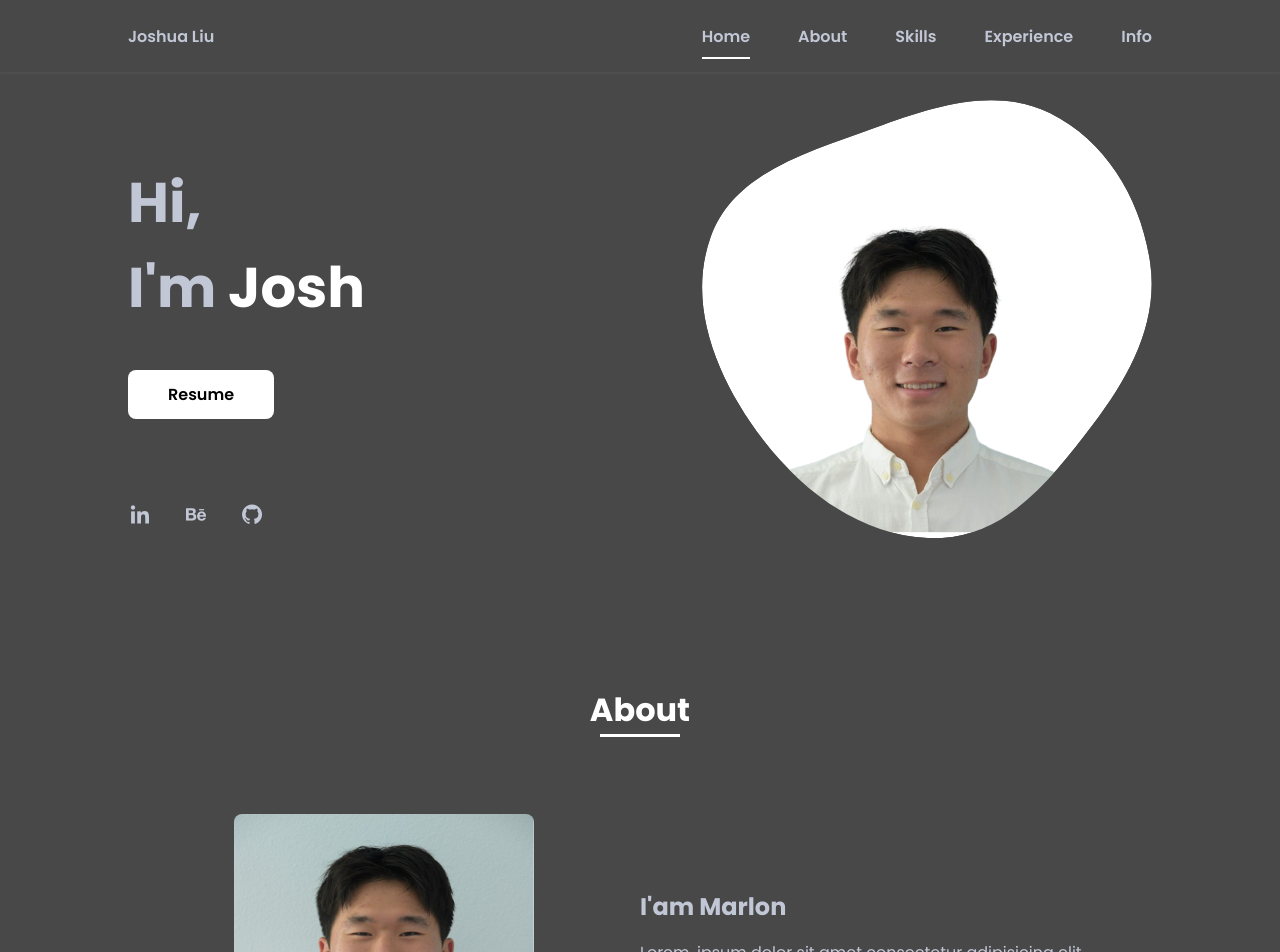
Repository: joshliu14/joshliu14.github.io
Page: index.html
An editor plug-in stored every save of this project. The page is shown before and after the next save, followed by the edit.
The browser window is 1280 px wide. The pictures show the part of the page from y = 0 to 952 px (the page is 3355 px tall).
A picture or video elsewhere on the page could not be fetched, so the positions and the page height are approximate.

Above is the page before, as saved 2024-01-31 23:38:37.

### index.html
<!DOCTYPE html>
<html lang="en">
  <head>
    <meta charset="UTF-8" />
    <meta name="viewport" content="width=device-width, initial-scale=1.0" />

    <link rel="stylesheet" href="assets/css/web.css" />

    <!-- =====BOX ICONS===== -->
    <link
      href="https://cdn.jsdelivr.net/npm/boxicons@2.0.5/css/boxicons.min.css"
      rel="stylesheet"
    />

    <title>Joshua Liu</title>
  </head>
  <body>
    <!--===== HEADER =====-->
    <header class="l-header">
      <nav class="nav bd-grid">
        <div>
          <a href="#" class="nav__logo">Joshua Liu</a>
        </div>

        <div class="nav__menu" id="nav-menu">
          <ul class="nav__list">
            <li class="nav__item">
              <a href="#home" class="nav__link active-link">Home</a>
            </li>
            <li class="nav__item">
              <a href="#about" class="nav__link">About</a>
            </li>
            <li class="nav__item">
              <a href="#skills" class="nav__link">Skills</a>
            </li>
            <li class="nav__item">
              <a href="#work" class="nav__link">Experience</a>
            </li>
            <li class="nav__item">
              <a href="#contact" class="nav__link">Info</a>
            </li>
          </ul>
        </div>

        <div class="nav__toggle" id="nav-toggle">
          <i class="bx bx-menu"></i>
        </div>
      </nav>
    </header>

    <main class="l-main">
      <!--===== HOME =====-->
      <section class="home bd-grid" id="home">
        <div class="home__data">
          <h1 class="home__title">
            Hi,<br />I'm <span class="home__title-color">Josh</span><br />
          </h1>

          <a href="resume.pdf" class="button">Resume</a>
        </div>

        <div class="home__social">
          <a
            href="https://www.linkedin.com/in/joshua-liu-727847208/"
            class="home__social-icon"
            ><i class="bx bxl-linkedin"></i
          ></a>
          <a href="" class="home__social-icon"
            ><i class="bx bxl-behance"></i
          ></a>
          <a href="https://github.com/joshliu14" class="home__social-icon"
            ><i class="bx bxl-github"></i
          ></a>
        </div>

        <div class="home__img">
          <svg
            class="home__blob"
            viewBox="0 0 479 467"
            xmlns="http://www.w3.org/2000/svg"
            xmlns:xlink="http://www.w3.org/1999/xlink"
          >
            <mask id="mask0" mask-type="alpha">
              <path
                d="M9.19024 145.964C34.0253 76.5814 114.865 54.7299 184.111 29.4823C245.804 6.98884 311.86 -14.9503 370.735 14.143C431.207 44.026 467.948 107.508 477.191 174.311C485.897 237.229 454.931 294.377 416.506 344.954C373.74 401.245 326.068 462.801 255.442 466.189C179.416 469.835 111.552 422.137 65.1576 361.805C17.4835 299.81 -17.1617 219.583 9.19024 145.964Z"
              />
            </mask>
            <g mask="url(#mask0)">
              <path
                d="M9.19024 145.964C34.0253 76.5814 114.865 54.7299 184.111 29.4823C245.804 6.98884 311.86 -14.9503 370.735 14.143C431.207 44.026 467.948 107.508 477.191 174.311C485.897 237.229 454.931 294.377 416.506 344.954C373.74 401.245 326.068 462.801 255.442 466.189C179.416 469.835 111.552 422.137 65.1576 361.805C17.4835 299.81 -17.1617 219.583 9.19024 145.964Z"
              />
              <image
                class="home__blob-img"
                x="50"
                y="100"
                href="assets/img/profile.png"
              />
            </g>
          </svg>
        </div>
      </section>

      <!--===== ABOUT =====-->
      <section class="about section" id="about">
        <h2 class="section-title">About</h2>

        <div class="about__container bd-grid">
          <div class="about__img">
            <img src="assets/img/about.png" alt="" />
          </div>

          <div>
            <h2 class="about__subtitle">I'am Marlon</h2>
            <p class="about__text">
              Lorem, ipsum dolor sit amet consectetur adipisicing elit.
              Voluptate cum expedita quo culpa tempora, assumenda, quis fugiat
              ut voluptates soluta, aut earum nemo recusandae cumque
              perferendis! Recusandae alias accusamus atque.
            </p>
          </div>
        </div>
      </section>

      <!--===== SKILLS =====-->
      <section class="skills section" id="skills">
        <h2 class="section-title">Skills</h2>

        <div class="skills__container bd-grid">
          <div>
            <h2 class="skills__subtitle">Profesional Skills</h2>
            <p class="skills__text">
              Lorem ipsum dolor sit, amet consectetur adipisicing elit. Velit
              optio id vero amet, alias architecto consectetur error eum eaque
              sit.
            </p>
            <div class="skills__data">
              <div class="skills__names">
                <i class="bx bxl-html5 skills__icon"></i>
                <span class="skills__name">HTML5</span>
              </div>
              <div class="skills__bar skills__html"></div>
              <div>
                <span class="skills__percentage">95%</span>
              </div>
            </div>
            <div class="skills__data">
              <div class="skills__names">
                <i class="bx bxl-css3 skills__icon"></i>
                <span class="skills__name">CSS3</span>
              </div>
              <div class="skills__bar skills__css"></div>
              <div>
                <span class="skills__percentage">85%</span>
              </div>
            </div>
            <div class="skills__data">
              <div class="skills__names">
                <i class="bx bxl-javascript skills__icon"></i>
                <span class="skills__name">JAVASCRIPT</span>
              </div>
              <div class="skills__bar skills__js"></div>
              <div>
                <span class="skills__percentage">65%</span>
              </div>
            </div>
            <div class="skills__data">
              <div class="skills__names">
                <i class="bx bxs-paint skills__icon"></i>
                <span class="skills__name">UX/UI</span>
              </div>
              <div class="skills__bar skills__ux"></div>
              <div>
                <span class="skills__percentage">85%</span>
              </div>
            </div>
          </div>

          <div>
            <img src="assets/img/work3.jpg" alt="" class="skills__img" />
          </div>
        </div>
      </section>

      <!--===== WORK =====-->
      <section class="work section" id="work">
        <h2 class="section-title">Work</h2>

        <div class="work__container bd-grid">
          <a href="" class="work__img">
            <img src="assets/img/work1.jpg" alt="" />
          </a>
          <a href="" class="work__img">
            <img src="assets/img/work2.jpg" alt="" />
          </a>
          <a href="" class="work__img">
            <img src="assets/img/work3.jpg" alt="" />
          </a>
          <a href="" class="work__img">
            <img src="assets/img/work4.jpg" alt="" />
          </a>
          <a href="" class="work__img">
            <img src="assets/img/work5.jpg" alt="" />
          </a>
          <a href="" class="work__img">
            <img src="assets/img/work6.jpg" alt="" />
          </a>
        </div>
      </section>

      <!--===== CONTACT =====-->
      <section class="contact section" id="contact">
        <h2 class="section-title">Info</h2>
        <p class="contact__input">joshuagyliu@gmail.com</p>
        <p class="contact__input">949-551-8585</p>
        <p class="contact__input">Boston, MA</p>
      </section>
    </main>

    <!--===== FOOTER =====-->
    <footer class="footer">
      <p class="footer__title">Josh Liu</p>
      <div class="footer__social">
        <a href="#" class="footer__icon"><i class="bx bxl-facebook"></i></a>
        <a href="#" class="footer__icon"><i class="bx bxl-instagram"></i></a>
        <a href="#" class="footer__icon"><i class="bx bxl-twitter"></i></a>
      </div>
      <p class="footer__copy">&#169; Joshua Liu</p>
    </footer>

    <!--===== SCROLL REVEAL =====-->
    <script src="https://unpkg.com/scrollreveal"></script>

    <!--===== MAIN JS =====-->
    <script src="assets/js/main.js"></script>
  </body>
</html>

### assets/css/web.css
/*===== GOOGLE FONTS =====*/
@import url("https://fonts.googleapis.com/css2?family=Poppins:wght@400;600;700&display=swap");
/*===== VARIABLES CSS =====*/
:root {
  --header-height: 3rem;
  --font-semi: 600;
  /*===== Colores =====*/
  /*Purple 260 - Red 355 - Blue 224 - Pink 340*/
  /* HSL color mode */
  --hue-color: 224;
  --first-color: hsl(var(--hue-color), 0%, 100%);
  --second-color: hsl(var(--hue-color), 20%, 80%);
  /*===== Fuente y tipografia =====*/
  --body-font: "Poppins", sans-serif;
  --big-font-size: 2rem;
  --h2-font-size: 1.25rem;
  --normal-font-size: 0.938rem;
  --smaller-font-size: 0.75rem;
  /*===== Margenes =====*/
  --mb-2: 1rem;
  --mb-4: 2rem;
  --mb-5: 2.5rem;
  --mb-6: 3rem;
  /*===== z index =====*/
  --z-back: -10;
  --z-fixed: 100;
}
@media screen and (min-width: 968px) {
  :root {
    --big-font-size: 3.5rem;
    --h2-font-size: 2rem;
    --normal-font-size: 1rem;
    --smaller-font-size: 0.875rem;
  }
}

/*===== BASE =====*/
*,
::before,
::after {
  box-sizing: border-box;
}

html {
  scroll-behavior: smooth;
}

body {
  margin: var(--header-height) 0 0 0;
  font-family: var(--body-font);
  font-size: var(--normal-font-size);
  color: var(--second-color);
  background-color: #484848;
}

h1,
h2,
p {
  margin: 0;
}

ul {
  margin: 0;
  padding: 0;
  list-style: none;
}

a {
  text-decoration: none;
}

img {
  max-width: 100%;
  height: auto;
  display: block;
}

/*===== CLASS CSS ===== */
.section-title {
  position: relative;
  font-size: var(--h2-font-size);
  color: var(--first-color);
  margin-top: var(--mb-2);
  margin-bottom: var(--mb-4);
  text-align: center;
}
.section-title::after {
  position: absolute;
  content: "";
  width: 64px;
  height: 0.18rem;
  left: 0;
  right: 0;
  margin: auto;
  top: 2rem;
  background-color: var(--first-color);
}

.section {
  padding-top: 3rem;
  padding-bottom: 2rem;
}

/*===== LAYOUT =====*/
.bd-grid {
  max-width: 1024px;
  display: grid;
  margin-left: var(--mb-2);
  margin-right: var(--mb-2);
}

.l-header {
  width: 100%;
  position: fixed;
  top: 0;
  left: 0;
  z-index: var(--z-fixed);
  background-color: #484848;
  box-shadow: 0 1px 4px rgba(146, 161, 176, 0.15);
}

/*===== NAV =====*/
.nav {
  height: var(--header-height);
  display: flex;
  justify-content: space-between;
  align-items: center;
  font-weight: var(--font-semi);
}
@media screen and (max-width: 767px) {
  .nav__menu {
    position: fixed;
    top: var(--header-height);
    right: -100%;
    width: 80%;
    height: 100%;
    padding: 2rem;
    background-color: var(--second-color);
    transition: 0.5s;
  }
}
.nav__item {
  margin-bottom: var(--mb-4);
}
.nav__link {
  position: relative;
  color: #fff;
}
.nav__link:hover {
  position: relative;
}
.nav__link:hover::after {
  position: absolute;
  content: "";
  width: 100%;
  height: 0.18rem;
  left: 0;
  top: 2rem;
  background-color: var(--first-color);
}
.nav__logo {
  color: var(--second-color);
}
.nav__toggle {
  color: var(--second-color);
  font-size: 1.5rem;
  cursor: pointer;
}

/*Active menu*/
.active-link::after {
  position: absolute;
  content: "";
  width: 100%;
  height: 0.18rem;
  left: 0;
  top: 2rem;
  background-color: var(--first-color);
}

/*=== Show menu ===*/
.show {
  right: 0;
}

/*===== HOME =====*/
.home {
  position: relative;
  row-gap: 5rem;
  padding: 4rem 0 5rem;
}
.home__data {
  align-self: center;
}
.home__title {
  font-size: var(--big-font-size);
  margin-bottom: var(--mb-5);
}
.home__title-color {
  color: var(--first-color);
}
.home__social {
  display: flex;
  flex-direction: column;
}
.home__social-icon {
  width: max-content;
  margin-bottom: var(--mb-2);
  font-size: 1.5rem;
  color: var(--second-color);
}
.home__social-icon:hover {
  color: var(--first-color);
}
.home__img {
  position: absolute;
  right: 0;
  bottom: 0;
  width: 260px;
}
.home__blob {
  fill: var(--first-color);
}
.home__blob-img {
  width: 360px;
  border-radius: 50%;
}

/*BUTTONS*/
.button {
  display: inline-block;
  background-color: var(--first-color);
  color: #000000;
  padding: 0.75rem 2.5rem;
  font-weight: var(--font-semi);
  border-radius: 0.5rem;
  transition: 0.3s;
}
.button:hover {
  box-shadow: 0px 10px 36px rgba(0, 0, 0, 0.15);
}

/* ===== ABOUT =====*/
.about__container {
  row-gap: 2rem;
  text-align: center;
}
.about__subtitle {
  margin-bottom: var(--mb-2);
}
.about__img {
  justify-self: center;
}
.about__img img {
  width: 200px;
  border-radius: 0.5rem;
}

/* ===== SKILLS =====*/
.skills__container {
  row-gap: 2rem;
  text-align: center;
}
.skills__subtitle {
  margin-bottom: var(--mb-2);
}
.skills__text {
  margin-bottom: var(--mb-4);
}
.skills__data {
  display: flex;
  justify-content: space-between;
  align-items: center;
  position: relative;
  font-weight: var(--font-semi);
  padding: 0.5rem 1rem;
  margin-bottom: var(--mb-4);
  border-radius: 0.5rem;
  box-shadow: 0px 4px 25px rgba(14, 36, 49, 0.15);
}
.skills__icon {
  font-size: 2rem;
  margin-right: var(--mb-2);
  color: var(--first-color);
}
.skills__names {
  display: flex;
  align-items: center;
}
.skills__bar {
  position: absolute;
  left: 0;
  bottom: 0;
  background-color: var(--first-color);
  height: 0.25rem;
  border-radius: 0.5rem;
  z-index: var(--z-back);
}
.skills__html {
  width: 95%;
}
.skills__css {
  width: 85%;
}
.skills__js {
  width: 65%;
}
.skills__ux {
  width: 85%;
}
.skills__img {
  border-radius: 0.5rem;
}

/* ===== WORK =====*/
.work__container {
  row-gap: 2rem;
}
.work__img {
  box-shadow: 0px 4px 25px rgba(14, 36, 49, 0.15);
  border-radius: 0.5rem;
  overflow: hidden;
}
.work__img img {
  transition: 1s;
}
.work__img img:hover {
  transform: scale(1.1);
}

/* ===== CONTACT =====*/
.contact__input {
  text-align: center;
  font-size: var(--normal-font-size);
  font-weight: var(--font-semi);
  padding: 1rem;
  margin-bottom: var(--mb-4);
}

/* ===== FOOTER =====*/
.footer {
  background-color: var(--second-color);
  color: #484848;
  text-align: center;
  font-weight: var(--font-semi);
  padding: 2rem 0;
}
.footer__title {
  font-size: 2rem;
  margin-bottom: var(--mb-4);
}
.footer__social {
  margin-bottom: var(--mb-4);
}
.footer__icon {
  font-size: 1.5rem;
  color: #484848;
  margin: 0 var(--mb-2);
}
.footer__copy {
  font-size: var(--smaller-font-size);
}

/* ===== MEDIA QUERIES=====*/
@media screen and (max-width: 320px) {
  .home {
    row-gap: 2rem;
  }
  .home__img {
    width: 200px;
  }
}
@media screen and (min-width: 576px) {
  .home {
    padding: 4rem 0 2rem;
  }
  .home__social {
    padding-top: 0;
    padding-bottom: 2.5rem;
    flex-direction: row;
    align-self: flex-end;
  }
  .home__social-icon {
    margin-bottom: 0;
    margin-right: var(--mb-4);
  }
  .home__img {
    width: 300px;
    bottom: 25%;
  }
  .about__container {
    grid-template-columns: repeat(2, 1fr);
    align-items: center;
    text-align: initial;
  }
  .skills__container {
    grid-template-columns: 0.7fr;
    justify-content: center;
    column-gap: 1rem;
  }
  .work__container {
    grid-template-columns: repeat(2, 1fr);
    column-gap: 2rem;
    padding-top: 2rem;
  }
}
@media screen and (min-width: 768px) {
  body {
    margin: 0;
  }
  .section {
    padding-top: 4rem;
    padding-bottom: 3rem;
  }
  .section-title {
    margin-bottom: var(--mb-6);
  }
  .section-title::after {
    width: 80px;
    top: 3rem;
  }
  .nav {
    height: calc(var(--header-height) + 1.5rem);
  }
  .nav__list {
    display: flex;
    padding-top: 0;
  }
  .nav__item {
    margin-left: var(--mb-6);
    margin-bottom: 0;
  }
  .nav__toggle {
    display: none;
  }
  .nav__link {
    color: var(--second-color);
  }
  .home {
    padding: 8rem 0 2rem;
  }
  .home__img {
    width: 400px;
    bottom: 10%;
  }
  .about__container {
    padding-top: 2rem;
  }
  .about__img img {
    width: 300px;
  }
  .skills__container {
    grid-template-columns: repeat(2, 1fr);
    column-gap: 2rem;
    align-items: center;
    text-align: initial;
  }
  .work__container {
    grid-template-columns: repeat(3, 1fr);
    column-gap: 2rem;
  }
}
@media screen and (min-width: 992px) {
  .bd-grid {
    margin-left: auto;
    margin-right: auto;
  }
  .home {
    padding: 10rem 0 2rem;
  }
  .home__img {
    width: 450px;
  }
}

### assets/js/main.js
/*===== MENU SHOW =====*/
const showMenu = (toggleId, navId) => {
  const toggle = document.getElementById(toggleId),
    nav = document.getElementById(navId);

  if (toggle && nav) {
    toggle.addEventListener("click", () => {
      nav.classList.toggle("show");
    });
  }
};
showMenu("nav-toggle", "nav-menu");

/*==================== REMOVE MENU MOBILE ====================*/
const navLink = document.querySelectorAll(".nav__link");

function linkAction() {
  const navMenu = document.getElementById("nav-menu");
  // When we click on each nav__link, we remove the show-menu class
  navMenu.classList.remove("show");
}
navLink.forEach((n) => n.addEventListener("click", linkAction));

/*==================== SCROLL SECTIONS ACTIVE LINK ====================*/
const sections = document.querySelectorAll("section[id]");

const scrollActive = () => {
  const scrollDown = window.scrollY;

  sections.forEach((current) => {
    const sectionHeight = current.offsetHeight,
      sectionTop = current.offsetTop - 58,
      sectionId = current.getAttribute("id"),
      sectionsClass = document.querySelector(
        ".nav__menu a[href*=" + sectionId + "]"
      );

    if (scrollDown > sectionTop && scrollDown <= sectionTop + sectionHeight) {
      sectionsClass.classList.add("active-link");
    } else {
      sectionsClass.classList.remove("active-link");
    }
  });
};
window.addEventListener("scroll", scrollActive);

/*===== SCROLL REVEAL ANIMATION =====*/
const sr = ScrollReveal({
  origin: "top",
  distance: "60px",
  duration: 2000,
  delay: 200,
  //     reset: true
});

sr.reveal(".home__data, .about__img, .skills__subtitle, .skills__text", {});
sr.reveal(".home__img, .about__subtitle, .about__text, .skills__img", {
  delay: 400,
});
sr.reveal(".home__social-icon", { interval: 200 });
sr.reveal(".skills__data, .work__img, .contact__input", { interval: 200 });

After the next save:
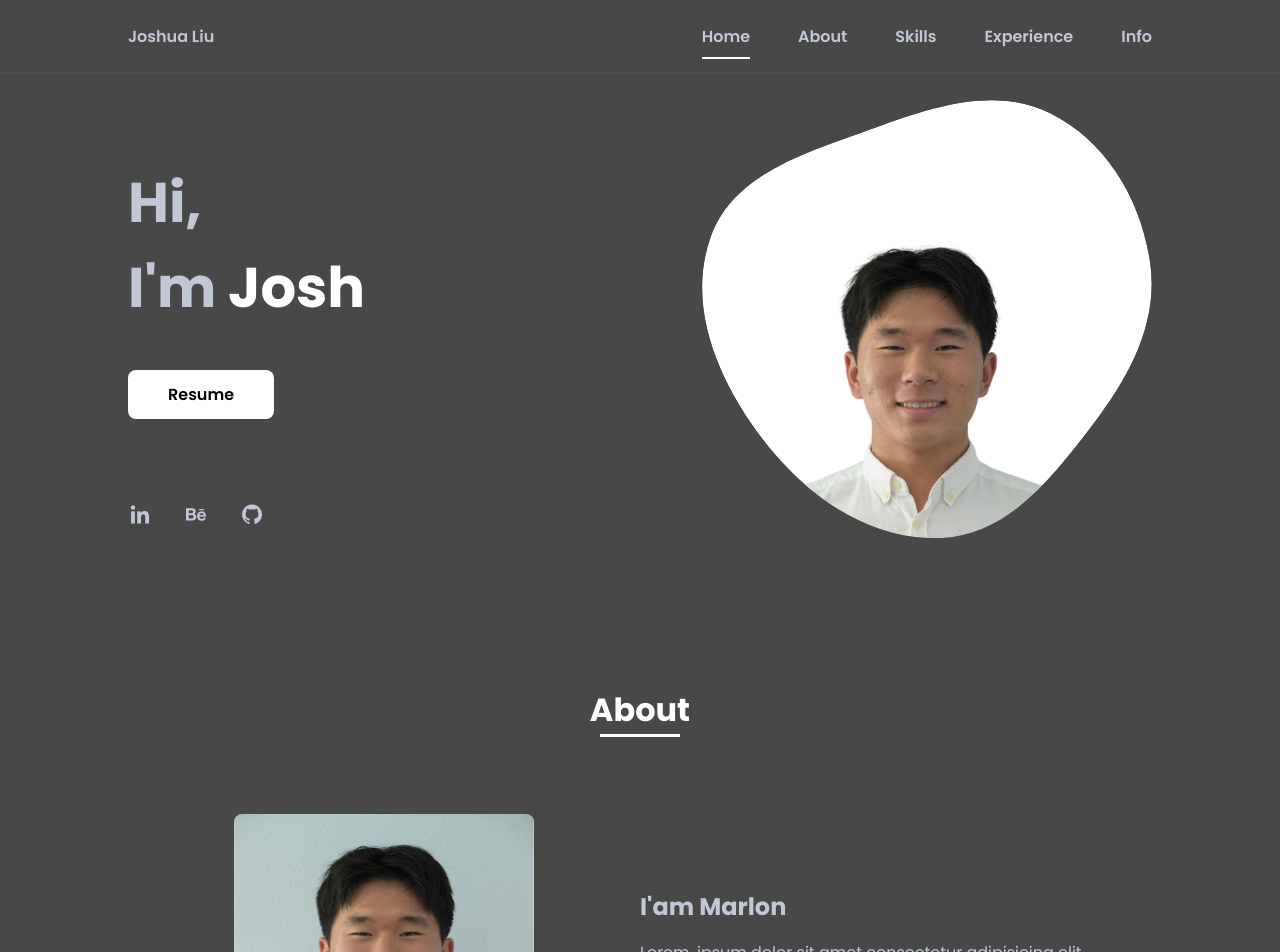
Saved 10 s later.
--- a/index.html
+++ b/index.html
@@ -92,7 +92,7 @@
               <image
                 class="home__blob-img"
                 x="50"
-                y="100"
+                y="120"
                 href="assets/img/profile.png"
               />
             </g>
